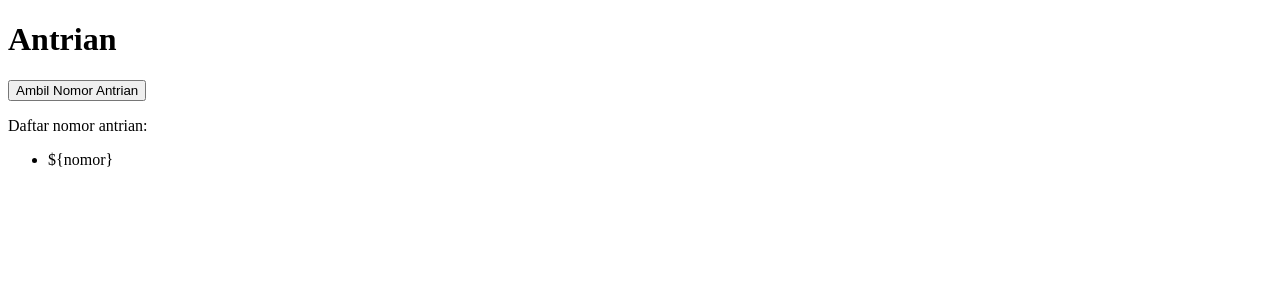
Repository: IwanWinata/AntriApps
Page: Downloads/eclipse-workspace (2)/eclipse-workspace/webAntriApps/AntriApps/src/main/webapp/index.html
These files come from the project's save history. The page is drawn as it stood at one moment and after the next save; the edit follows.
The browser window is 1280 px wide. The pictures show the whole page.

Above is the page before, as saved 2024-01-14 03:39:17.

After the next save:
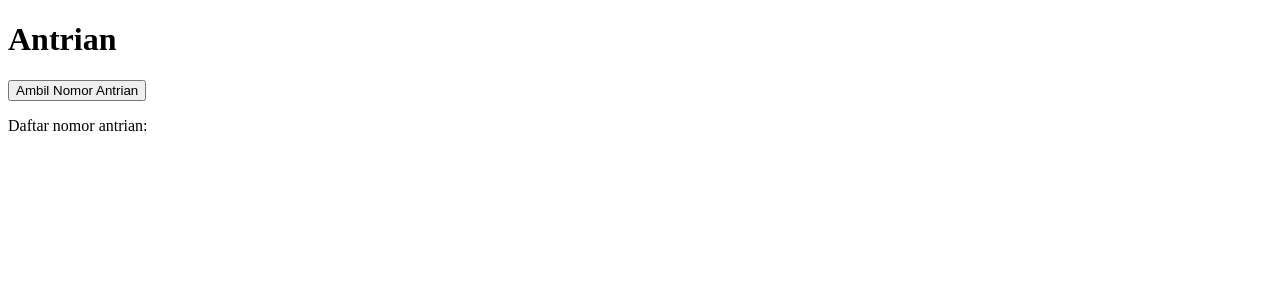
Saved 3 min 51 s later.
--- a/Downloads/eclipse-workspace (2)/eclipse-workspace/webAntriApps/AntriApps/src/main/webapp/index.html
+++ b/Downloads/eclipse-workspace (2)/eclipse-workspace/webAntriApps/AntriApps/src/main/webapp/index.html
@@ -11,13 +11,21 @@
         <input type="submit" value="Ambil Nomor Antrian">
     </form>
 
-    <p>Daftar nomor antrian:</p>
+   <p>Daftar nomor antrian:</p>
+<ul id="daftarAntrian">
+</ul>
 
-    <ul>
-    <c:forEach var="nomor" items="${daftarAntrian}">
-        <li>${nomor}</li>
-    </c:forEach>
-</ul>
+<script>
+    var daftarAntrian = {daftarAntrian};
+    var ul = document.getElementById("daftarAntrian");
+
+    for (var i = 0; i < daftarAntrian.length; i++) {
+        var li = document.createElement("li");
+        li.appendChild(document.createTextNode(daftarAntrian[i]));
+        ul.appendChild(li);
+    }
+</script>
+
 
 </body>
 </html>
